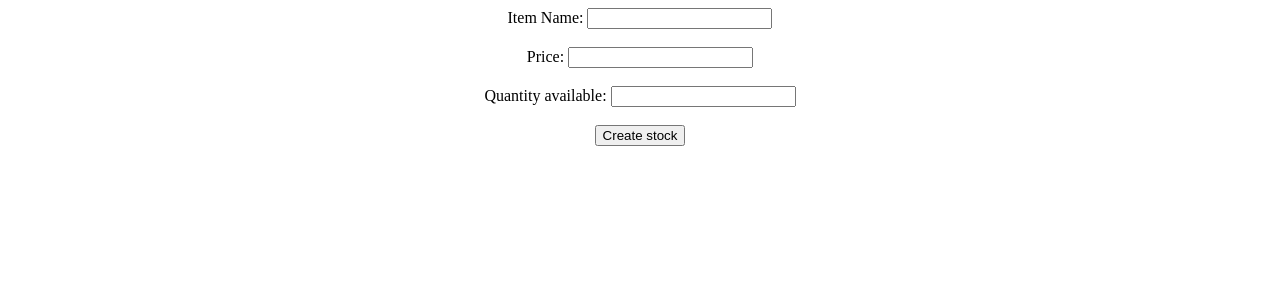
Repository: bindu2505/Mode1-Training
Page: Day13/InventoryProjectServlet/WebContent/PlaceOrder.html
An editor plug-in stored every save of this project. The page is shown before and after the next save, followed by the edit.
The browser window is 1280 px wide. The pictures show the whole page.

Above is the page before, as saved 2019-08-19 09:25:14.

### Day13/InventoryProjectServlet/WebContent/PlaceOrder.html
<!DOCTYPE html>
<html>
<head>
<meta charset="ISO-8859-1">
<title>Insert title here</title>
</head>
<body>
<form method="get" action="PlaceOrderServlet">
		<center>
			Item Name:
				<input type="text" name="itemname" /><br/><br/>
			Price:
				<input type="text" name="Price" /><br/><br/>
			Quantity available:
				<input type="text" name="QuantityAvail" /><br/><br/>
				<input type="submit" value="Create stock" />
		</center>
		</form>


</body>
</html>

After the next save:
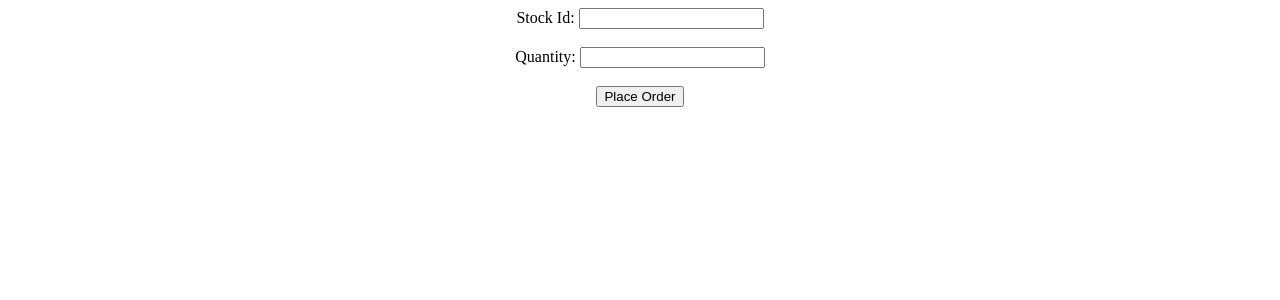
Saved 5 min 51 s later.
--- a/Day13/InventoryProjectServlet/WebContent/PlaceOrder.html
+++ b/Day13/InventoryProjectServlet/WebContent/PlaceOrder.html
@@ -7,13 +7,11 @@
 <body>
 <form method="get" action="PlaceOrderServlet">
 		<center>
-			Item Name:
-				<input type="text" name="itemname" /><br/><br/>
-			Price:
-				<input type="text" name="Price" /><br/><br/>
-			Quantity available:
-				<input type="text" name="QuantityAvail" /><br/><br/>
-				<input type="submit" value="Create stock" />
+			Stock Id:
+				<input type="text" name="stockid" /><br/><br/>
+			Quantity:
+				<input type="text" name="qtyord" /><br/><br/>
+				<input type="submit" value="Place Order" />
 		</center>
 		</form>
 
